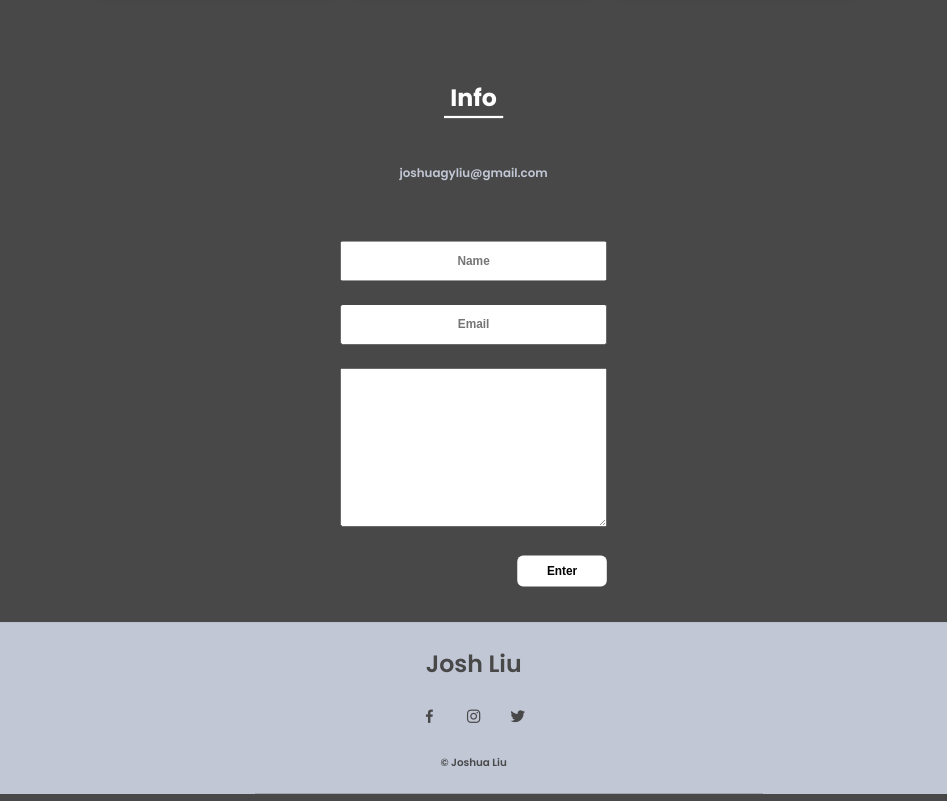
Repository: joshliu14/joshliu14.github.io
Page: index.html
These files come from the project's save history. The page is drawn as it stood at one moment and after the next save; the edit follows.
The browser window is 1280 px wide. The pictures show the part of the page from y = 2529 to 4225 px (the page is 3611 px tall before and 4225 px after), at 74% of full size.
A picture or video elsewhere on the page could not be fetched, so the positions and the page height are approximate.

Above is the page before, as saved 2024-01-31 23:26:17.

After the next save:
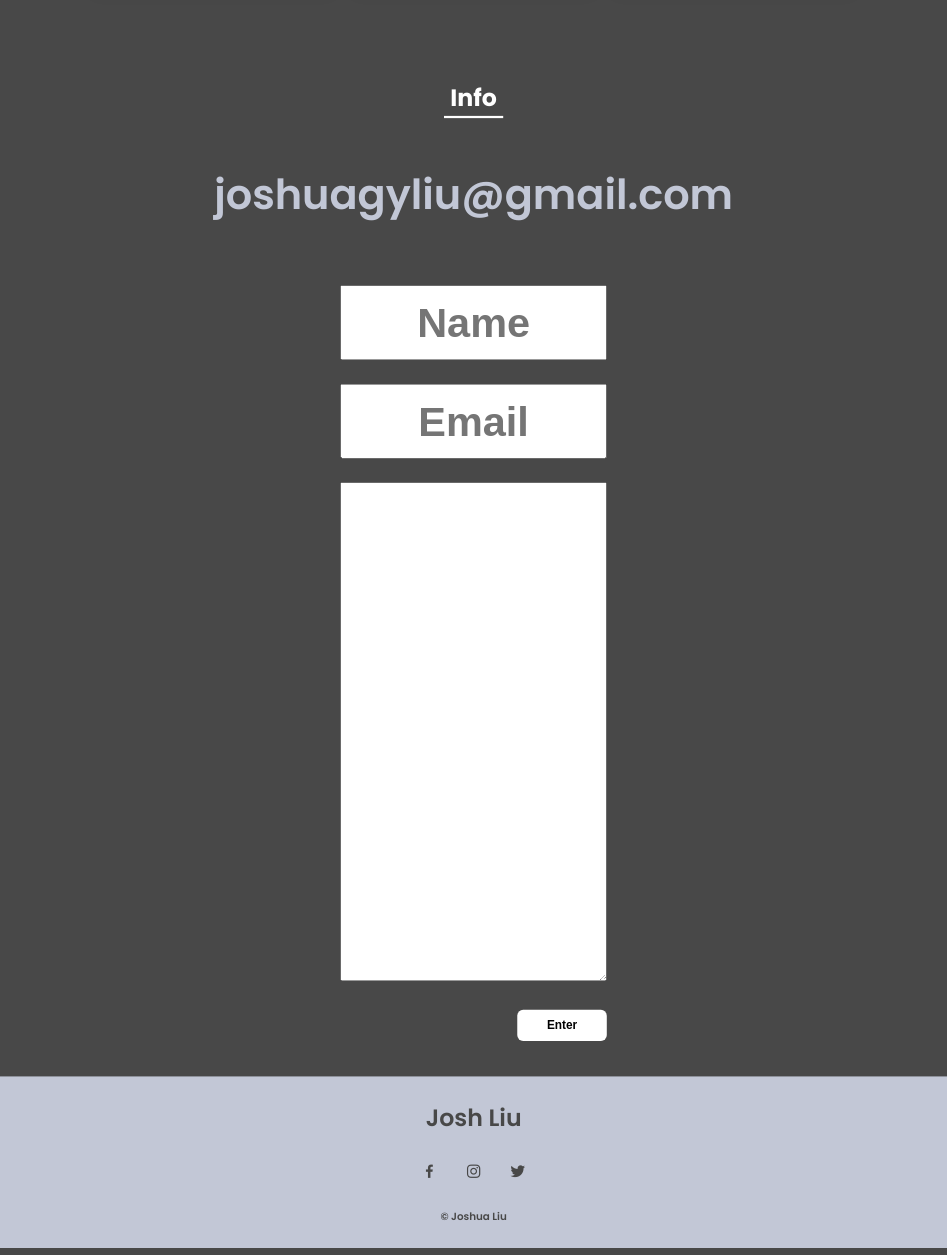
Saved 37 s later.
--- a/assets/css/web.css
+++ b/assets/css/web.css
@@ -332,10 +332,9 @@
 .contact__input {
   width: 100%;
   text-align: center;
-  font-size: var(--normal-font-size);
+  font-size: var(--big-font-size);
   font-weight: var(--font-semi);
   padding: 1rem;
-  outline: none;
   margin-bottom: var(--mb-4);
 }
 .contact__button {

After the save that followed:
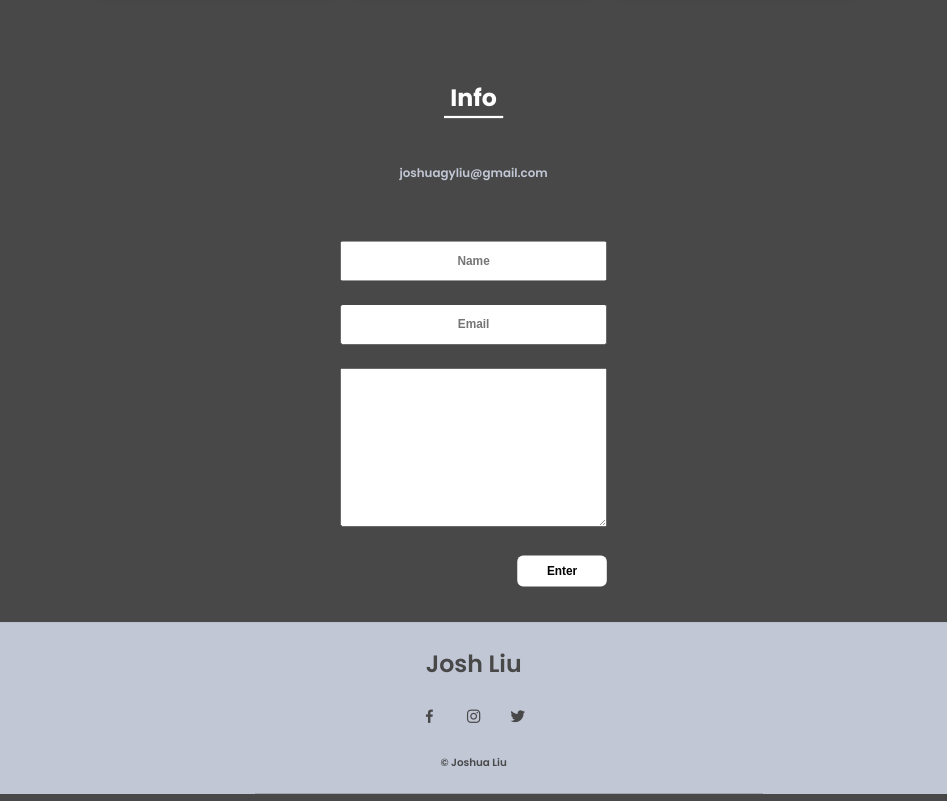
Saved 17 s later.
--- a/assets/css/web.css
+++ b/assets/css/web.css
@@ -332,7 +332,7 @@
 .contact__input {
   width: 100%;
   text-align: center;
-  font-size: var(--big-font-size);
+  font-size: var(--normal-font-size);
   font-weight: var(--font-semi);
   padding: 1rem;
   margin-bottom: var(--mb-4);
